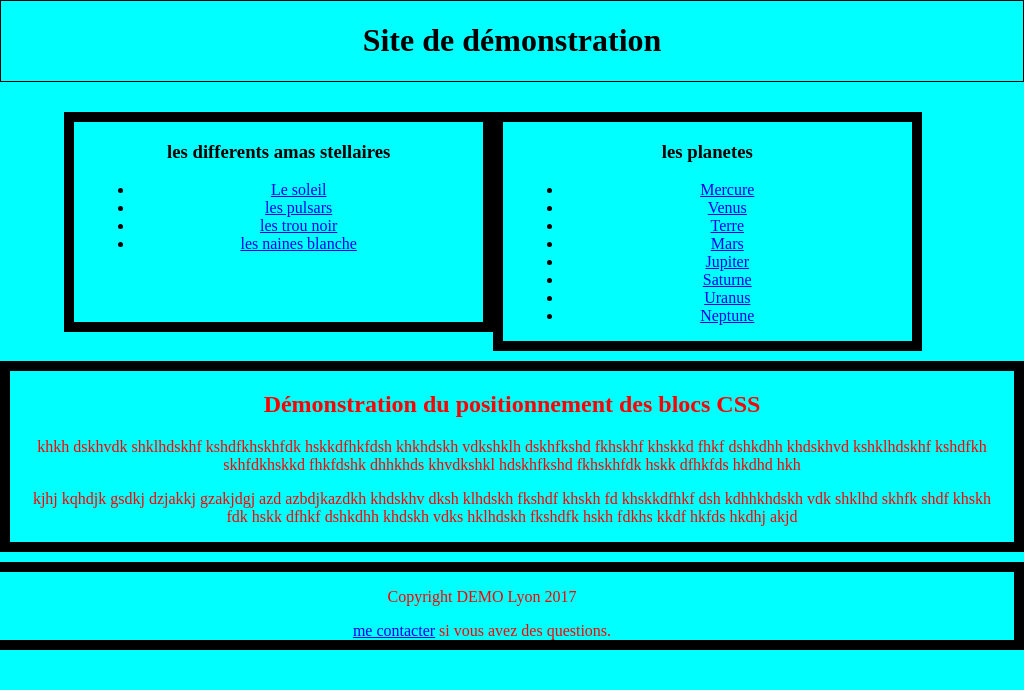
Repository: Poulpyto/fitec
Page: workspaceHtmlFlo/ModelePage1Flo/WebContent/index.html
The author's editor kept a copy of each file at every save. The page is drawn from the files as they stood at one save, then again after the next save.
The browser window is 1024 px wide. The pictures show the whole page.

Above is the page before, as saved 2017-04-04 13:31:39.

### workspaceHtmlFlo/ModelePage1Flo/WebContent/index.html
<!DOCTYPE html>
<html>
<head>

<meta charset="UTF-8">
<title>Modele 1</title>
<meta name="viewport" content="width=device-width, initial-scale=1.0" /><!-- recup taille terminal utiliser , premiere etape pr respnosivité*/ -->
<link rel="stylesheet" href="css/style.css" />
</head>

<body>
	<div id="entete">
		<h1>Site de démonstration</h1>
	</div>
	<div id="nav">
		<div class="block planete">
		<h3>les planetes</h3>
			<ul>
				<li><a href= "#">Mercure</a></li>
				<li><a href= "#">Venus</a></li>
				<li><a href= "#">Terre</a></li>
				<li><a href= "#">Mars</a></li>
				<li><a href= "#">Jupiter</a></li>
				<li><a href= "#">Saturne</a></li>
				<li><a href= "#">Uranus</a></li>
				<li><a href= "#">Neptune</a></li>
			</ul>
	</div>
	<div class="block espace">
		<h3>les differents amas stellaires</h3>
		<ul>
			<li><a href= "#">Le soleil</a></li>
			<li><a href= "#">les pulsars</a></li>
			<li><a href= "#">les trou noir</a></li>
			<li><a href= "#">les naines blanche</a></li>
		</ul>
	</div>
	</div>
	<div id="content">
	<div class="block">
		<h2>Démonstration du positionnement des blocs CSS</h2>
		<p>khkh dskhvdk shklhdskhf kshdfkhskhfdk hskkdfhkfdsh khkhdskh vdkshklh dskhfkshd fkhskhf khskkd fhkf dshkdhh khdskhvd kshklhdskhf kshdfkh skhfdkhskkd fhkfdshk dhhkhds khvdkshkl hdskhfkshd fkhskhfdk hskk dfhkfds hkdhd hkh</p>
		<p> kjhj kqhdjk  gsdkj dzjakkj gzakjdgj azd azbdjkazdkh khdskhv dksh klhdskh fkshdf khskh fd khskkdfhkf dsh kdhhkhdskh vdk shklhd skhfk shdf khskh fdk hskk dfhkf dshkdhh khdskh vdks hklhdskh fkshdfk hskh fdkhs kkdf hkfds hkdhj akjd</p>
	</div>
	<div class="block footer">
	<p> Copyright DEMO Lyon 2017</p>
	<a href="mailto:contact@example.com">me contacter</a> si vous avez des questions.
	</div>
	</div>
</body>

</html>

### workspaceHtmlFlo/ModelePage1Flo/WebContent/css/style.css
@CHARSET "UTF-8";
/*media queries*/
/*si la taille de l'ecran est <680px */
@media screen and (max-width:680px)
{
body {
	width: 100%;
	margin: 0 auto;
	background-color: grey;
	text-align: center;
}

#entete{
	border: 1px solid black;
	margin-bottom: 20px;
	padding: 0 20px;
	text-align:center;
}

#nav {
	width: 100%;

}

#content {
	width:100%;
	color: red;

}

.block{
	border: 10px solid black;
	margin-top: 10px;
	padding: 0 20px;
}
.footer{
	text-align: center;
}
}
/*si la taille de l'ecran est comprise entre 681 et 1279px*/
@media screen and (min-width:681px) and (max-width:1279px)
{
body {
	width: 100%;
	margin: 0 auto;
	background-color: cyan;
	text-align: center;
}


#entete{
	border: 1px solid black;
	margin-bottom: 20px;
	padding: 0 20px;
	text-align:center;
}

#nav {
	width: 90%;
	float: left;
}

.planete{
	/*float: left;*/
	width: 40%;
}
.espace{
	float: right;
	width: 40%;
	height: 200px;
}
#content {
	width:100%;
	color: red;
	float:right;
}

.block{
	border: 10px solid black;
	margin-top: 10px;
	padding: 0 20px;
	float:right;
}

.footer{
	text-align: center;
	width:100%;
}
}
/*si la taille est > 1279px*/
@media screen and (min-width:1280px)
{
body {
	width: 960px;
	margin: 0 auto;
	background-color: yellow;
}

#entete{
	border: 1px solid black;
	margin-bottom: 20px;
	padding: 0 20px;
	text-align:center;
}

#nav {
	width: 240px;
	float: left;
}

#content {
	width:700px;
	float: right;
	color: red;

}

.block{
	border: 10px solid black;
	margin-top: 10px;
	padding: 0 20px;
}
.footer{
	text-align: center;
}
}

After the next save:
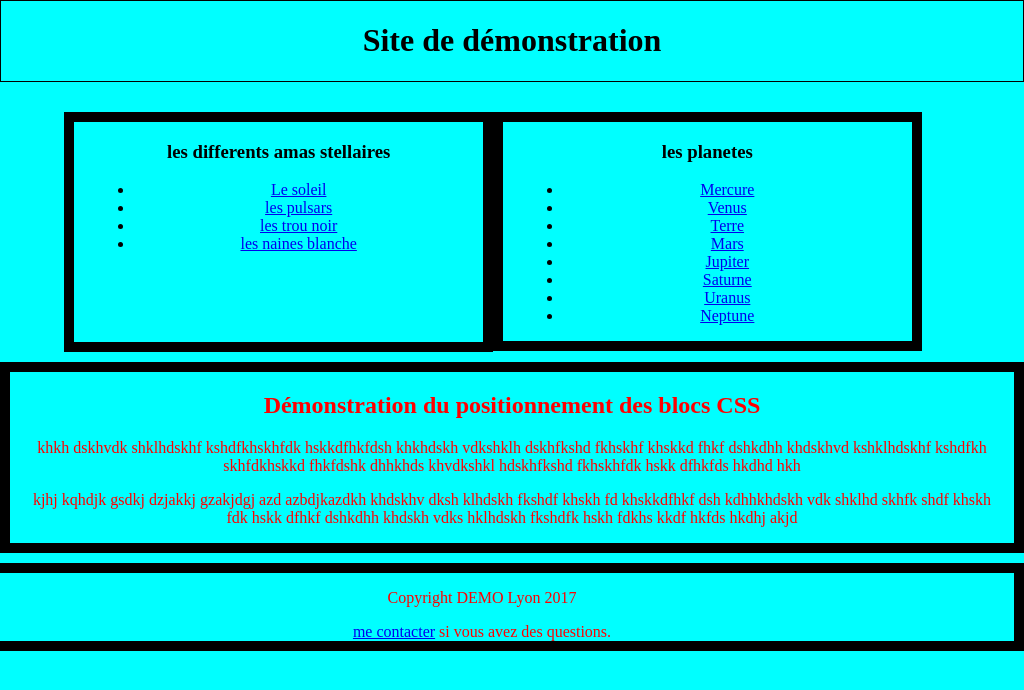
Saved 7 s later.
--- a/workspaceHtmlFlo/ModelePage1Flo/WebContent/css/style.css
+++ b/workspaceHtmlFlo/ModelePage1Flo/WebContent/css/style.css
@@ -67,7 +67,7 @@ body {
 .espace{
 	float: right;
 	width: 40%;
-	height: 200px;
+	height: 220px;
 }
 #content {
 	width:100%;
